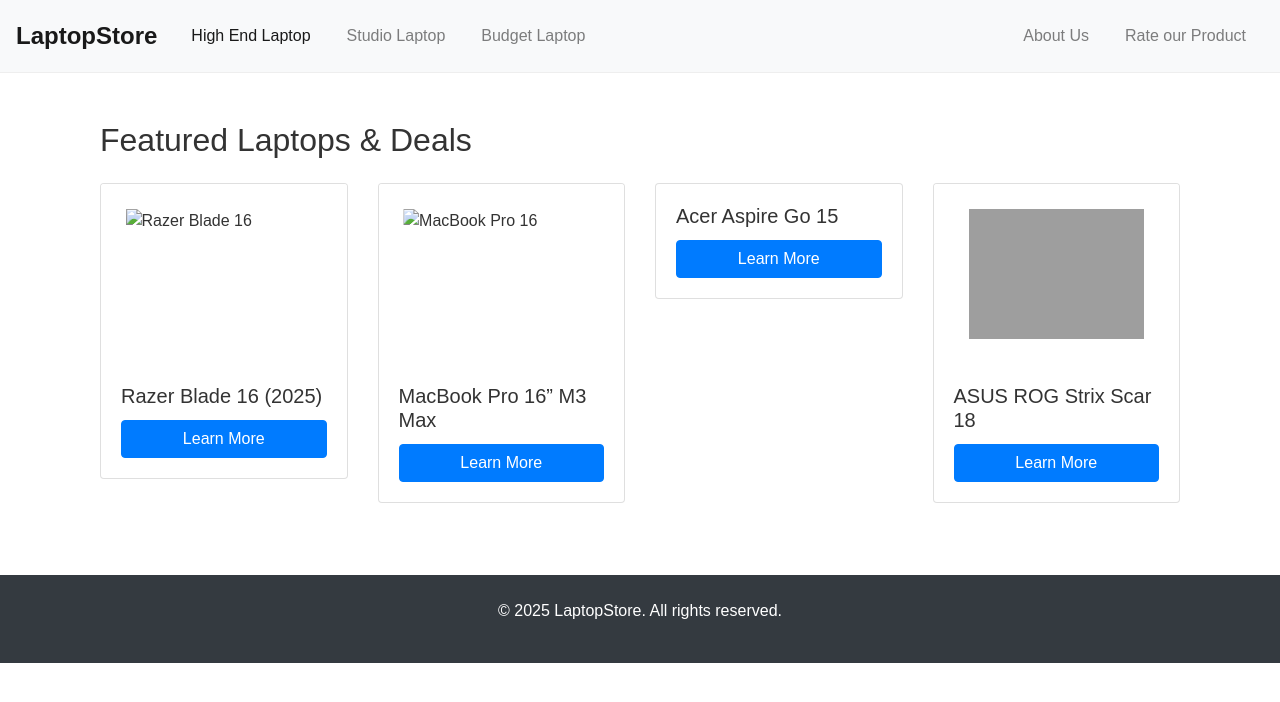
Repository: karim0829/IS218-Django-Laptop-Display
Page: http://localhost/index/
These files come from the project's save history. The page is drawn as it stood at one moment and after the next save; the edit follows.
The browser window is 1280 px wide. The pictures show the whole page.
Pictures or frames that could not be fetched are drawn as grey boxes. Some web libraries are served in a nearby version. The page is served by the project's application, run on Django 5.2 (manage.py).

Above is the page before, as saved 2025-05-11 20:40:21.
Not found: static/IMG_8894.png
Not found: static/StudioPic/macbookpro16.jpg

After the next save:
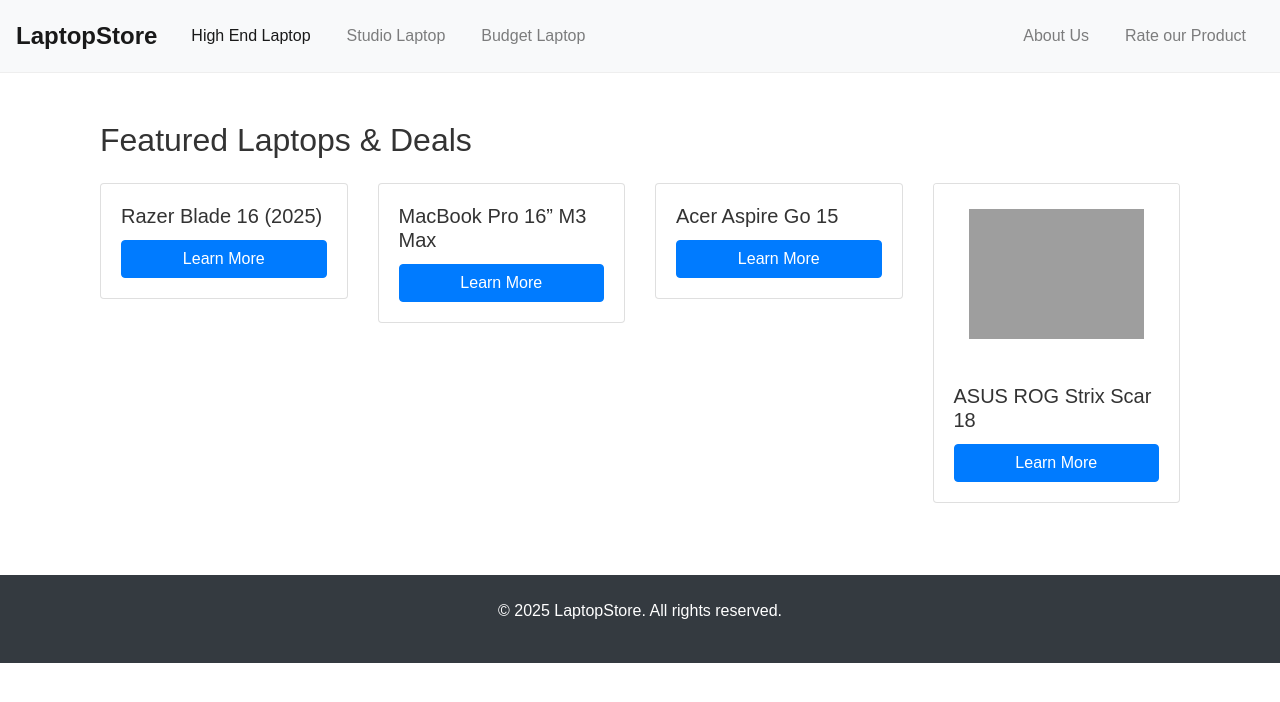
Saved 7 s later.
--- a/homepage/templates/homepage/index.html
+++ b/homepage/templates/homepage/index.html
@@ -13,7 +13,6 @@
         <!-- High-End Laptop: Razer Blade 16 -->
         <div class="col-md-3 col-sm-6 mb-4">
           <div class="card product-card">
-            <img class="card-img-top" src = "{% static 'IMG_8894.png' %}" static 'Pic/alt="Razer Blade 16" />
             <div class="card-body">
 
               <h5 class="card-title">Razer Blade 16 (2025)</h5>
@@ -26,7 +25,6 @@
         <!-- Studio Laptop: MacBook Pro 16” M3 Max -->
         <div class="col-md-3 col-sm-6 mb-4">
           <div class="card product-card">
-            <img class="card-img-top" src="{% static 'StudioPic/macbookpro16.jpg' %}" alt="MacBook Pro 16" />
             <div class="card-body">
               <h5 class="card-title">MacBook Pro 16” M3 Max</h5>
 
